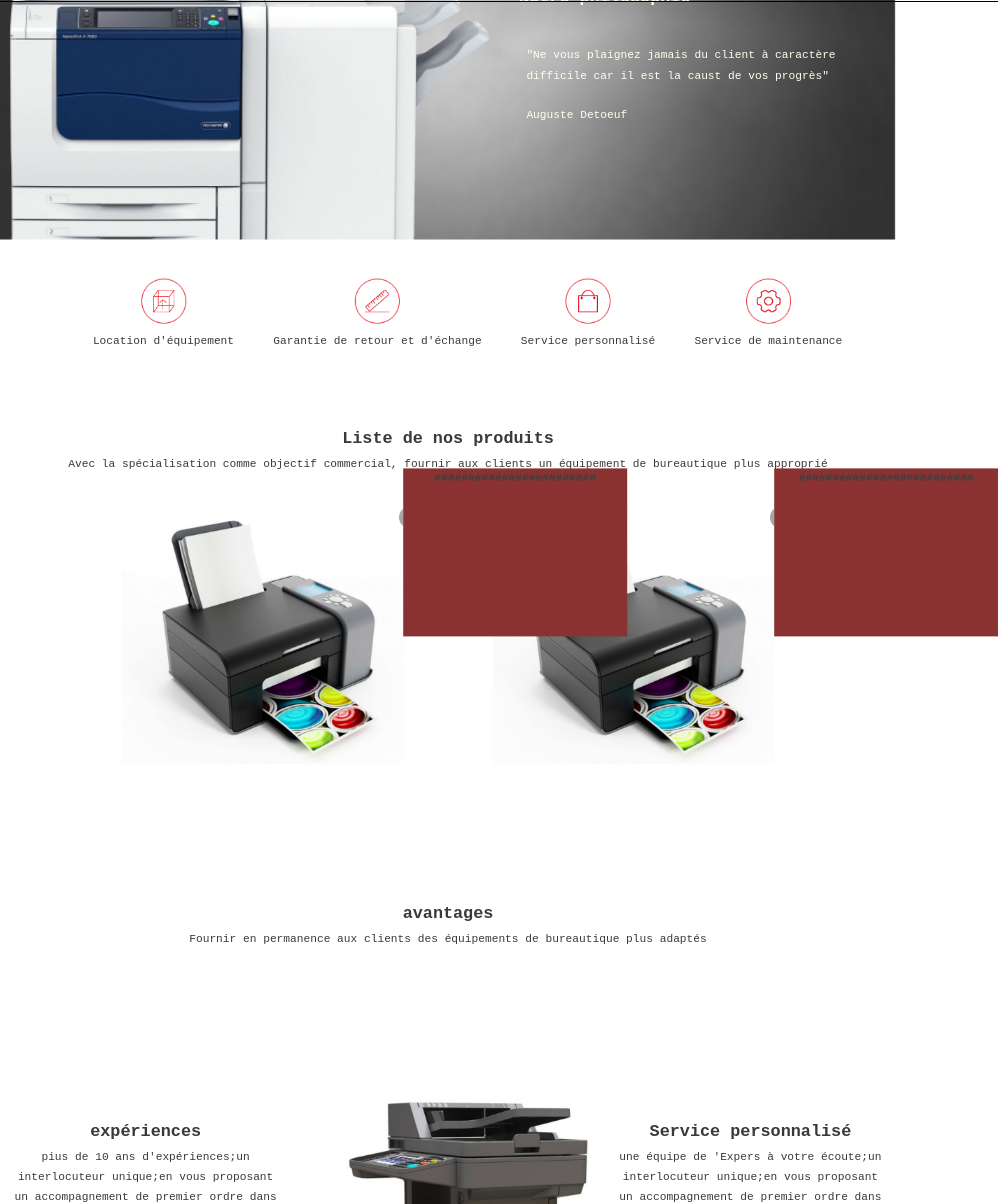
Repository: clairedupuich/sv_print
Page: index.html
An editor plug-in stored every save of this project. The page is shown before and after the next save, followed by the edit.
The browser window is 1280 px wide. The page is 1426 px wide, so the pictures cover 1426 px, including what lies to the right of the window. The pictures show the part of the page from y = 363 to 2083 px (the page is 4261 px tall), at 70% of full size.

Above is the page before, as saved 2020-12-02 23:22:41.
Console error: TypeError: Cannot read properties of null (reading 'appendChild')

### index.html
<!doctype html>
<html>
<head>
  <meta charset="utf-8">
  <meta name="viewport"
        content="width=device-width, initial-scale=1, user-scalable=no">
<title>SV Print</title>

<link href="style.css" rel="stylesheet" type="text/css">
<script src="print.js" type="text/javascript"></script>
</head>
<body>
<header id="fh5co-header">




  <div class="logo_nav"id="logo_nav">
    <img src="img/logo4.png" alt="SV Print" class="logo" />
     <div class="nav_tele">
      <div class="tel">
        <img src="img/call.png" class="margin-small-right"
        alt="" />tele graduite：0606060606</div>
    <ul class="nav nav-menu nav-inline nav-split nav-right text-big">
      <li id="liHome" class="home"> <a href="">ACCEUILLE</a></li>
      <li id="liabout-us" class="dropdown"><a href="">QUI SOMME NOUS</a></li>
      <li id="liproducts" class="dropdown"><a href="">ECOLOGIE</a></li>
      <li class="side_nav1" id="cat1"><a href="">POURQUOI NOUS</a></li>
      <li class="side_nav1" id="cat2"><a href="">CONSEILS ET ASTUCES</a></li>
    </ul>
    </div>
  </div>
</header>



    <div id="view">
      <ul id="img_list">
        <li id="slider1" class="owl-item"><img src="img/img_slider_1.png" class="img_slider" alt=""></li>
        <ul class="boutton_change">
          <a href="#slider5"><li><b> < </b></li></a>
          <a href="#slider2"><li><b> > </b></li></a>
        </ul>
        <li id="slider2" class="owl-item"><img src="img/Group 4.png" alt="" class="img_slider"></li>
        <ul class="boutton_change">
          <a href="#slider1"><li><b> < </b></li></a>
          <a href="#slider3"><li><b> > </b></li></a>
        </ul>
        <li id="slider3" class="owl-item"><img src="img/img_slider_31.png" alt="" class="img_slider"></li>
        <ul class="boutton_change">
          <a href="#slider2"><li><b> < </b></li></a>
          <a href="#slider4"><li><b> > </b></li></a>
        </ul>
        <li id="slider4" class="owl-item"><img src="img/promo.png" alt="" class="img_slider"></li>
        <ul class="boutton_change">
          <a href="#slider3"><li><b> < </b></li></a>
          <a href="#slider4"><li><b> > </b></li></a>
        </ul>
      </ul>
    </div>

<div class="blankbig"></div>
<!-- 临时图片 -->
<div class="img_big">
  <h3>Notre philosophie</h3>
  <p>"Ne vous plaignez jamais du client à caractère difficile car il est la caust de vos progrès"<br><br>Auguste Detoeuf</p>
</div>



<div id="fh5co-about-us">
  <div class="container">

				<div class="line-big">
					<div class="text-center">

							<div class="media-img"><img src="img/webdesign_1.png" alt="" /></div>
							<p class="padding-big-top">Location d'équipement</p>

					</div>
					<div class="text-center">

							<div class="media-img"><img src="img/webdesign_2.png" alt="" /></div>
							<p class="padding-big-top">
                Garantie de retour et d'échange<br /></p>

					</div>

					<div class="text-center">
							<div class="media-img"><img src="img/webdesign_3.png" alt="" /></div>
							<p class="padding-big-top">Service personnalisé</p>

					</div>
					<div class="text-center">

							<div class="media-img"><img src="img/webdesign_4.png" alt="" /></div>
							<p class="padding-big-top">
                Service de maintenance</p>

					</div>
				</div>
			</div></div>
<div class="blankbig"></div>
<div id="fh5co-content_show">
  <div class="container">
    <div class="line">
        <h2 class="full-screen-en-title">Liste de nos produits</h2>
        <p class="text-big padding-big-top">Avec la spécialisation comme objectif commercial, fournir aux clients un
          équipement de bureautique plus approprié</p>
    </div>


  <img src="img/Capture d’écran du 2020-11-30 22-51-18.png" alt="" class="produit_list">
  <div class="absolut1">
    <p class="product_discription product_discription1">########################</p>
  </div>
  <img src="img/Capture d’écran du 2020-11-30 22-51-18.png" alt="" class="produit_list produit_list2">
  <div class="absolut1">
    <p class="product_discription product_discription">##########################</p>
  </div>
</div>

<!-- 优势 -->

					<div class="avantages">
						<h2 class="full-screen-en-title"> avantages</h2>
						<p class="text-big padding-big-top">
              Fournir en permanence aux clients des équipements de bureautique plus adaptés</p>
					</div>
        <div class="avantages_contente">
          <div class="text_left">
            <div class="text1">
            <h3>expériences</h3>
            <p>pius de 10 ans d'expériences;un interlocuteur unique;en vous proposant un accompagnement de premier ordre dans la commande</p>
            </div>
            <div class="text2">
              <h3>Réponse rapide</h3>
              <p>une équipe de 'Expers à votre écoute;un interlocuteur unique;en vous proposant un accompagnement de premier ordre dans la commande</p>
            </div>
          </div>
          <div><img src="img/Capture d’écran du 2020-11-30 22-49-31.png"></div>
          <div class="text_right">
            <div class="text3">
              <h3>
                Service personnalisé</h3>
              <p>une équipe de 'Expers à votre écoute;un interlocuteur unique;en vous proposant un accompagnement de premier ordre dans la commande</p>
            </div>
            <div class="text4">
              <h3>Assurance qualité</h3>
                <p>une équipe de 'Expers à votre écoute;un interlocuteur unique;en vous proposant un accompagnement de premier ordre dans la commande</p>

            </div>
          </div>
        </div>






<!-- 客户案例 -->
						<div class="x12 text-center padding-top">
							<h2 class="full-screen-en-title">Cas client</h2>
							<p class="text-big padding-big-top margin-large-bottom">on est plus professionnel car on est assez concentré!</p>
						</div>
					<div class="client_logo">
            <img src="img/saint-louis-recouvrement.jpg.webp" alt="" class="logo_client">
            <img src="img/levis.jpg.webp" alt="" class="logo_client">
            <img src=" img/technigaz.jpg.webp" alt="" class="logo_client">
            <img src="img/xia.jpg.webp" alt="" class="logo_client">
            <img src="img/xia.jpg.webp" alt="" class="logo_client">
            <img src="img/xia.jpg.webp" alt="" class="logo_client">
          </div>





<!-- 应用领域 -->
					<div class="text-domaines">
            <h2 class="full-screen-en-title">Champ d'application</h2>
            <p>Nos clients sont dans de nombreux domaines</p>
						<img src="img/img_bottom.png" alt="">

					</div>


          <!-- 服务范围覆盖 -->

					<div class="Couverture">
						<h2 class="full-screen-en-title">Couverture de service</h2>
						<p class="text-big padding-big-top">Nous rendons services à Anzin, Valenciennes,lille et ses alentours</p>
          </div>


          <footer>
            <div class="textFooterC">
                <div class="texFooter">
                    <a href="" class="textFooterEle">Ecologiite</a>
                    <a href="" class="textFooterEle">Qui sommes-nous ? </a>
                    <a href="" class="textFooterEle">Pourquoi Nous</a>
                    <a href="" class="textFooterEle">Conseils Et Astuces</a>

                </div>
                <div class="texFooter1 icon_footer">
                  <img src="img/Vector 1.png" alt="" class="iconFooter">
                  <img src="img/Vector2.png" alt="" class="iconFooter">
                  <img src="img/Vector 3.png" alt="" class="iconFooter">
                </div>
                <div class="texFooter">
                    <a href="" class="textFooterEle">Mentions légales</a>
                    <a href="" class="textFooterEle">Conditions générales d’utilisation</a>
                    <a href="" class="textFooterEle">Conditions générales de vente</a>
                </div>
            </div>
            <a href="#logo_nav" class="return_top">^</a>
        </footer>
				</body>
</html>

### style.css
/* 主要部分 style.css */
* {
    margin: 0;
    padding: 0;
    list-style: none;
    text-decoration: none;
}

body {
    font-family: 'Courier New', Courier, monospace;
    font-size: 16px;
    line-height: 1.8;
    color: #3a3939;
    background: #FFF;
    height: 100%;

}

a:hover {
    text-decoration: none;
}


h1,
h2,
h3,
h4 {
    text-align: center;
    font-size: 1.5em;
    font-weight: bolder;
}
.logo {
    width: 12%;
    min-width: 4em;
    height: 12%;
    min-width: 4em;
}
.nav_tele {
    margin-right: 2em;
}
.tel {
    display: block;
    margin-bottom: 1.5em;
    text-align: right;
    line-height: 20px;
    color: #808080;
    font-size: 14px
}

.tel img {
    vertical-align: middle;
}

.logo_nav {
    display: flex;
    flex-direction: row;
    flex-wrap: wrap;
    align-items: center;
    margin-top: 1em;
    justify-content: space-between;
}
.logo_nav ul {
    display: flex;
    flex-direction: row;
    flex-wrap: wrap;
    align-items: center;
    justify-content: space-around;
    list-style: none;

}
.logo_nav ul li a{
    margin-left: 2em;
    text-decoration: none;
    color: rgb(24, 22, 22);
    text-align: center;
}
.logo_nav ul li:hover {
     background-color: rgb(78, 120, 135);
     background-clip: content-box;

}
/* nav 结束 */

/* slider */

.img_slider {
    width: 100%;
    height: 45em;
    position: absolute;
}
#view {
    position: relative;
    width: 100%;
    overflow: hidden;
}
#view:after {
    content: '.';
    display: block;
    clear: both;
    height: 0;
    visibility: hidden;
  }
  #img_list {
    position: absolute;
    width: 100%;
  }
  #img_list li {
    float: left;
     width: 100%;
    height:46em;
  }
.blankbig {
    clear: both;
}


.boutton_change {
    display: flex;
    flex-direction: row;
    justify-content: space-around;
    cursor: pointer;
    padding: 2em 46% 0;
  }
  .boutton_change a {
    color: #000000;
    text-decoration: none;
  }
  .boutton_change a li {
    list-style: none;
  }

.container {
    display: flex;
    flex-direction: row;
    flex-wrap: wrap;
    align-items: center;
    justify-content: center;
    margin: 3.5em auto;
    text-align: center;
}
/* image replace */
.img_big {
    background-image: url(img/img_slider_31.png);
    background-position: center;
    background-repeat: no-repeat;
    background-size: cover;
    height: 19em;
    padding: 12em 2em 4em 30em;
    color: ivory;
}
.img_big p {
    padding-left: 17em;
    margin-top: 3em;
}
/* list de produit */
.line {
    margin: 3em auto;
}
.container {
    position: relative;
}
.line-big {
    display: flex;
    flex-wrap: wrap;
    flex-direction: row;
    justify-content: space-between;
}
.text-center {
    margin-left: 3.5em;
}
.product_discription {
    width: 25%;
    height: 15em;
    position: absolute;
    background-color: rgb(138, 49, 49);
   /*  display: none; */
   top: 7em;
}
.produit_list2 {
    margin-left: 8em;
}
.produit_list:hover +.product_discription {
    display: block;
}
/* 优势 */
.avantages {
    text-align: center;
    margin: 12em 3em;
}
.avantages_contente {
    display: flex;
    flex-direction: row;
    flex-wrap: wrap;
    align-items: center;
    justify-content: space-between;
    margin-bottom: 4em;
}
.text_left,
.text_right {
    width: 30%;
    min-width: 20em;
    text-align: center;
    margin: 0 1em;
}
.text1,
.text3 {
    margin-bottom: 2em;
}

/* 客户案例 */
.logo_client {
    margin: 2.5em;
    width: 19%;
}

/* 应用领域 */
.text-domaines {
    text-align: center;
    width: 100%;
    margin: 3em auto;
}
.text-domaines img {
    width: 100%;
    margin-top: 4em;
}
.Couverture {
    text-align: center;
    width: 100%;
}

/* footer commence */
footer {

    color: snow;
    margin-top: 8em;
    width: 100%;
    background-color: #031322;
    margin-bottom: 0;
}
.textFooterC {
    display: flex;
    flex-direction: row;
    flex-wrap: wrap;
    justify-content: space-around;
    padding-top: 3em;
    padding-bottom: 3em;
}
.texFooter {
    display: flex;
    flex-direction: column;
    line-height: 1.7em;

}

.textFooterEle {
    text-decoration: none;
    list-style: none;
    color: snow;
}
.iconsFooter {
    background-color: #0F4C81;
    text-align: center;
}
.iconFooter{
   padding: 0.9em;
}
.return_top {
    font-size: 3em;
    font-weight: bold;
    color: blanchedalmond;
    text-align: right;
    padding-bottom: 2em;
    margin-right: 2em;
    margin-bottom: -3em;
}

### print.js
/* for the slider */
var img_list = document.getElementById('img_list');
setInterval(function () {
    img_list.appendChild(img_list.firstChild);
}, 2500)

After the next save:
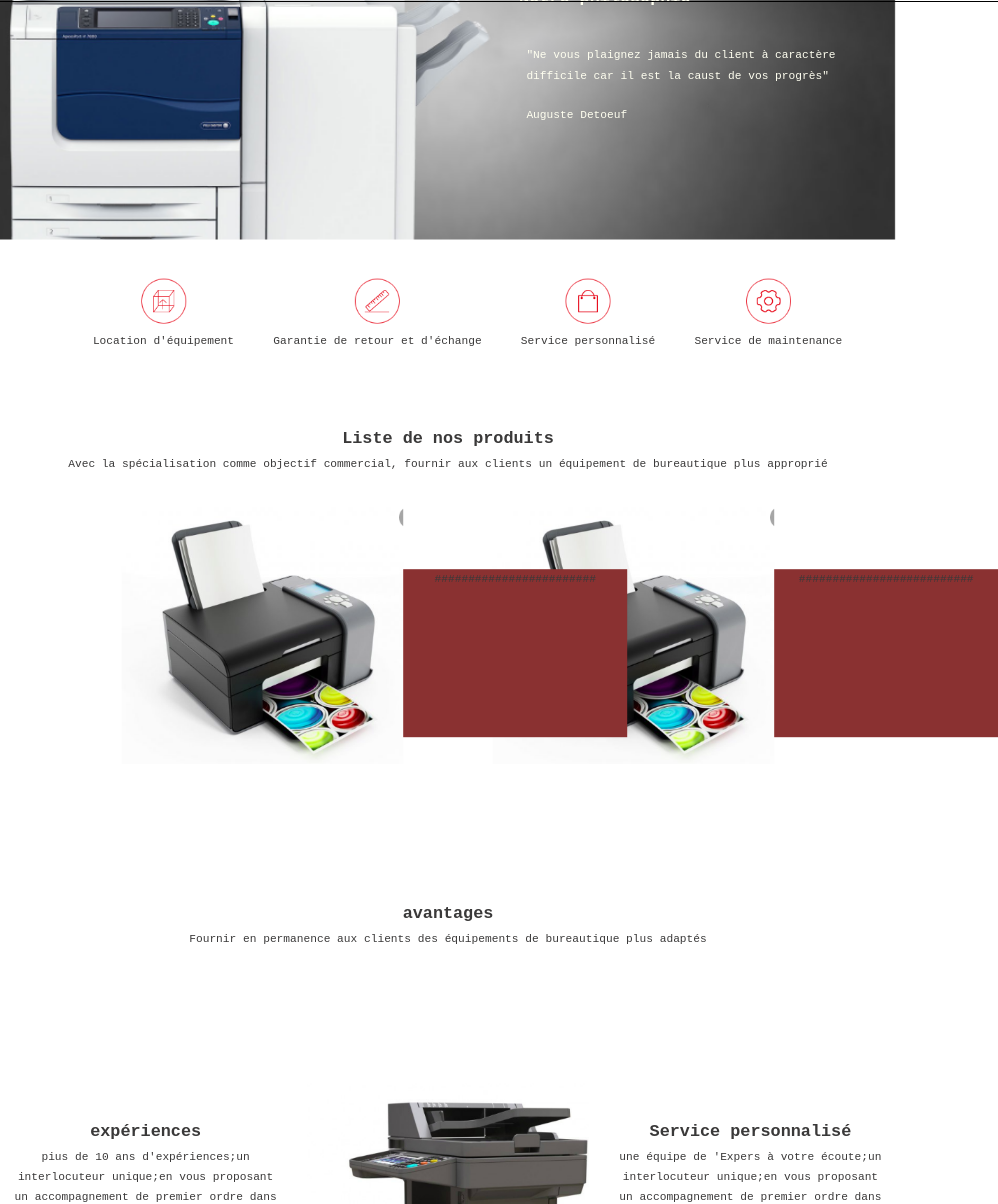
Saved 11 s later.
--- a/style.css
+++ b/style.css
@@ -174,7 +174,7 @@
     position: absolute;
     background-color: rgb(138, 49, 49);
    /*  display: none; */
-   top: 7em;
+   top: 16em;
 }
 .produit_list2 {
     margin-left: 8em;
